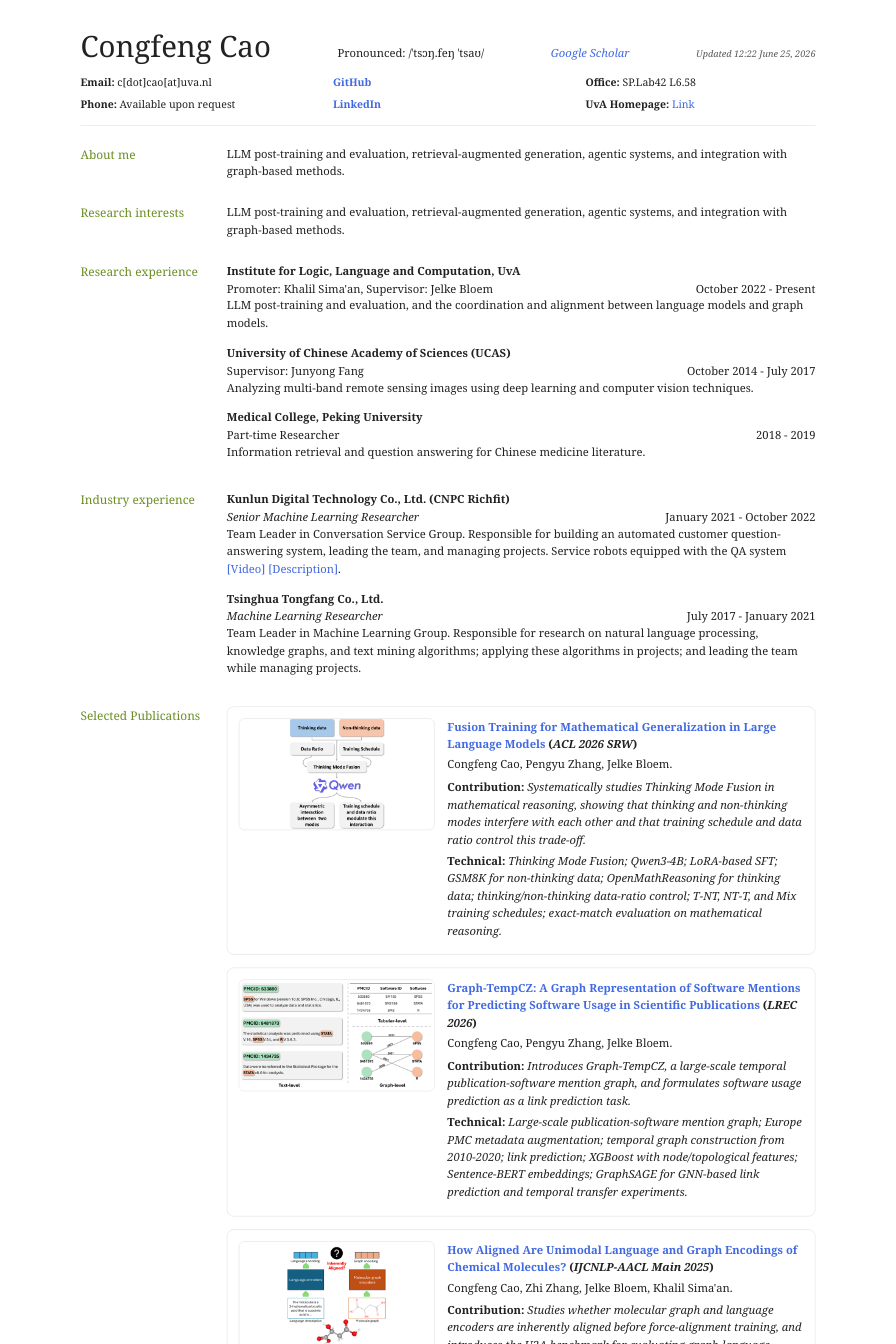
Repository: caocongfeng/caocongfeng.github.io
Page: index.html
An editor plug-in stored every save of this project. The page is shown before and after the next save, followed by the edit.
The browser window is 1280 px wide. The pictures show the part of the page from y = 0 to 1920 px (the page is 4651 px tall before and 4726 px after), at 70% of full size.

Above is the page before, as saved 2026-06-25 12:44:53.

After the next save:
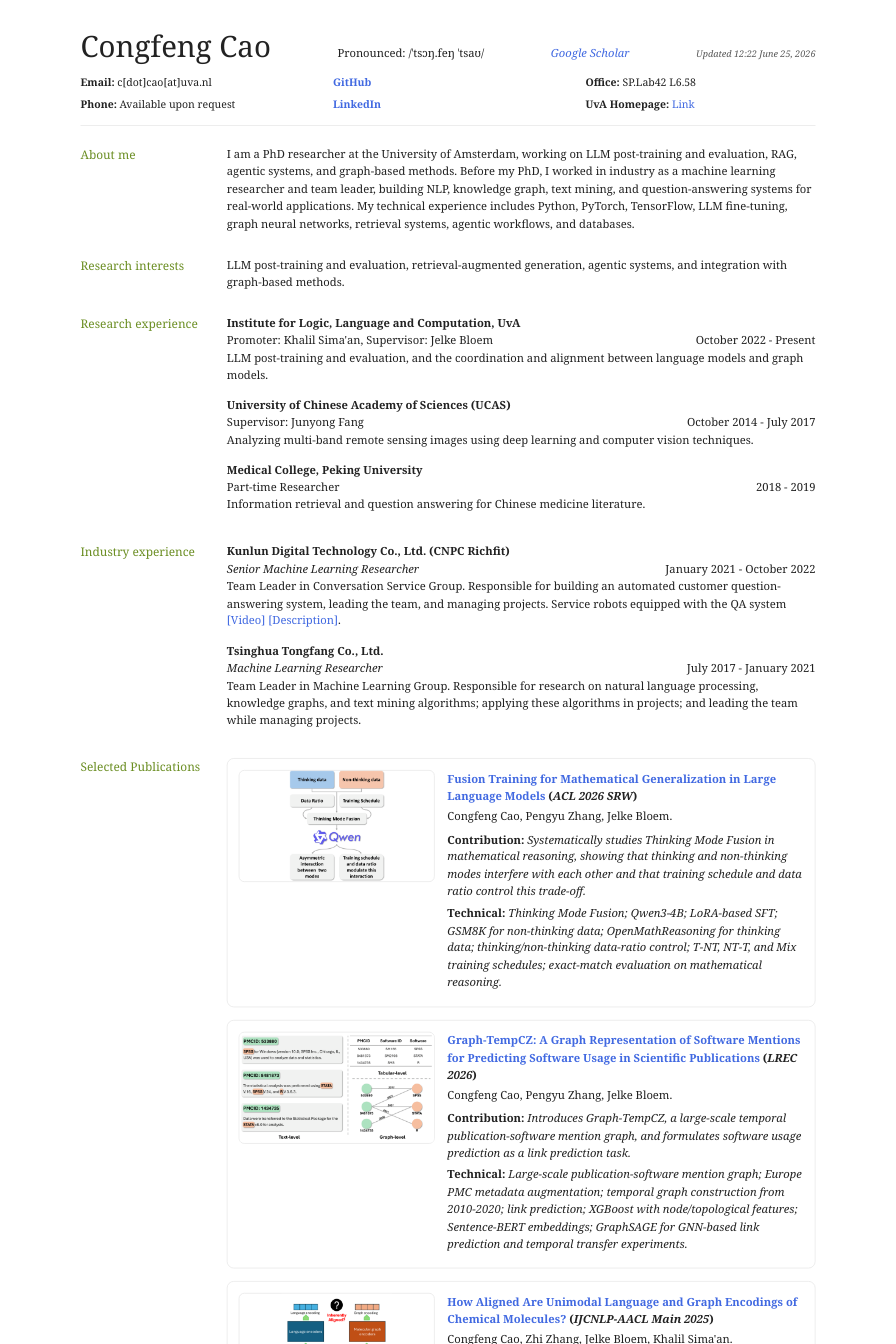
Saved 19 s later.
--- a/index.html
+++ b/index.html
@@ -334,7 +334,7 @@
     <section class="section">
       <div class="section-title">About me</div>
       <div class="section-content">
-        <p>LLM post-training and evaluation, retrieval-augmented generation, agentic systems, and integration with graph-based methods.</p>
+        <p>I am a PhD researcher at the University of Amsterdam, working on LLM post-training and evaluation, RAG, agentic systems, and graph-based methods. Before my PhD, I worked in industry as a machine learning researcher and team leader, building NLP, knowledge graph, text mining, and question-answering systems for real-world applications. My technical experience includes Python, PyTorch, TensorFlow, LLM fine-tuning, graph neural networks, retrieval systems, agentic workflows, and databases.</p>
       </div>
     </section>
 
